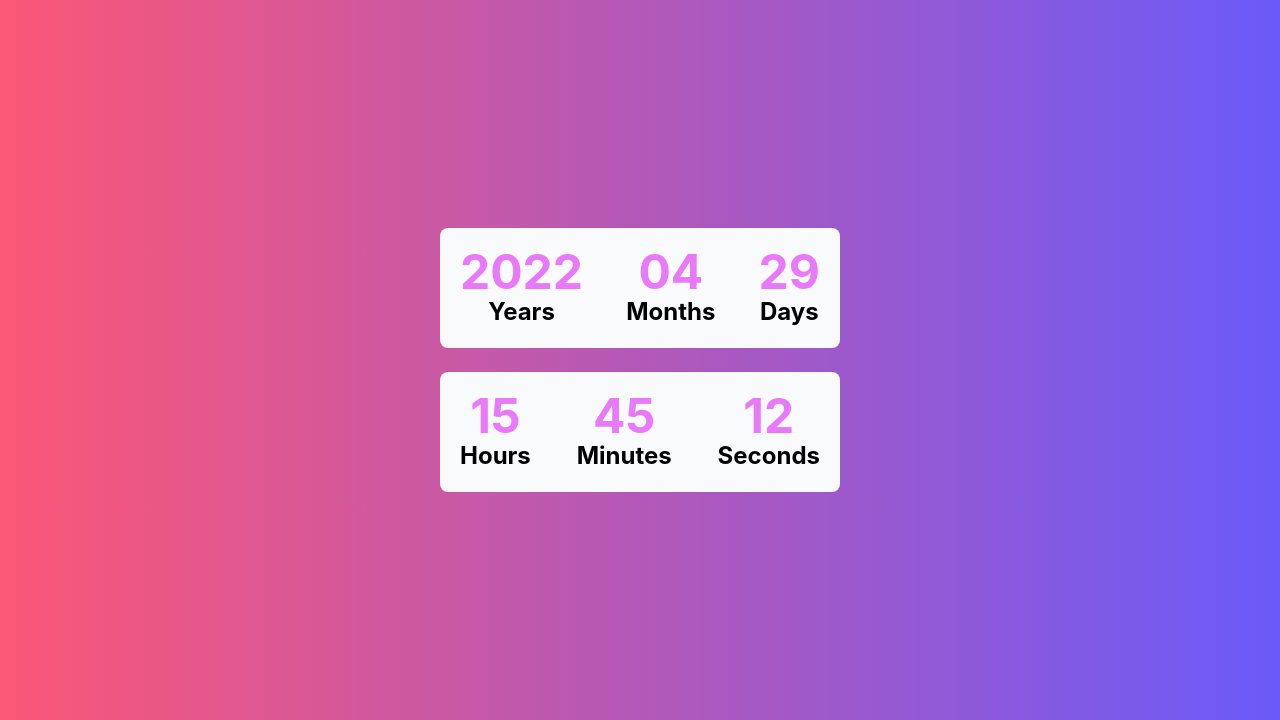
Repository: huynhsang96/bt_codegymHook
Page: /
An editor plug-in stored every save of this project. The page is shown before and after the next save, followed by the edit.
The browser window is 1280 px wide. The pictures show the whole page.
The project was rebuilt for these pictures with package versions that can differ from the ones it lists, and the page was loaded fresh each time.

Above is the page before, as saved 2022-04-29 17:02:13.

### src/index.js
import React from "react";
import ReactDOM from "react-dom/client";
import "./index.css";
import App from "./App";
import reportWebVitals from "./reportWebVitals";

const root = ReactDOM.createRoot(document.getElementById("root"));
root.render(
	<React.StrictMode>
		<App />
	</React.StrictMode>
);

reportWebVitals();

### src/index.css
body {
	margin: 0;
	font-family: -apple-system, BlinkMacSystemFont, "Segoe UI", "Roboto", "Oxygen",
		"Ubuntu", "Cantarell", "Fira Sans", "Droid Sans", "Helvetica Neue",
		sans-serif;
	-webkit-font-smoothing: antialiased;
	-moz-osx-font-smoothing: grayscale;
}

code {
	font-family: source-code-pro, Menlo, Monaco, Consolas, "Courier New",
		monospace;
}
@tailwind base;
@tailwind components;
@tailwind utilities;

### src/App.js
import "./App.css";
import Clock from "./component/ClockHook/Clock";

function App() {
	return (
		<div>
			<Clock></Clock>
		</div>
	);
}

export default App;

### src/App.css
*,
*::before,
*::after {
	box-sizing: border-box;
}
* {
	margin: 0;
}

html,
body {
	height: 100%;
}
body {
	line-height: 1.5;
	-webkit-font-smoothing: antialiased;
	-webkit-tap-highlight-color: rgba(0, 0, 0, 0);

	background-image: linear-gradient(to right, #fc5776, #6a5af9);
	display: flex;
	justify-content: center;
	align-items: center;
	height: 100vh;
}

img,
picture,
video,
canvas,
svg {
	display: block;
	max-width: 100%;
}
input,
button,
textarea,
select {
	font: inherit;
	outline: none;
	border: none;
}
p,
h1,
h2,
h3,
h4,
h5,
h6 {
	overflow-wrap: break-word;
}

### src/component/ClockHook/Clock.js
import React, { useEffect, useState } from "react";
import useClock from "../../Hooks/useClock";

const Clock = () => {
	// const [now, setNow] = useState(new Date());
	// useEffect(() => {
	// 	const timer = setInterval(() => {
	// 		setNow(new Date());
	// 	}, 1000);
	// 	return () => clearInterval(timer);
	// }, [now]);
	// const years = now.getFullYear();
	// const months = now.getMonth() + 1;
	// const days = now.getDate();
	// const hours = now.getHours();
	// const minutes = now.getMinutes();
	// const seconds = now.getSeconds();
	// console.log(seconds < 10 ? "0" + seconds : seconds);

	const { years, months, days, hours, minutes, seconds } = useClock();

	return (
		<div className="p-5 w-full h-full mx-auto">
			<ul className="flex min-w-[400px] flex-row justify-between bg-slate-50 p-5 rounded-lg">
				<GetDataBase data={years} base="Years"></GetDataBase>
				<GetDataBase data={months} base="Months"></GetDataBase>
				<GetDataBase data={days} base="Days"></GetDataBase>
			</ul>
			<br></br>
			<ul className="flex flex-row justify-between bg-slate-50 p-5 rounded-lg">
				<li className="flex flex-col justify-center text-center">
					<span className="font-bold text-5xl text-fuchsia-400">{hours}</span>
					<span className="font-bold text-2xl">Hours</span>
				</li>
				<li className="flex flex-col justify-center text-center">
					<span className="font-bold text-5xl text-fuchsia-400">{minutes}</span>
					<span className="font-bold text-2xl">Minutes</span>
				</li>
				<li className="flex flex-col justify-center text-center">
					<span className="font-bold text-5xl text-fuchsia-400">{seconds}</span>
					<span className="font-bold text-2xl">Seconds</span>
				</li>
			</ul>
		</div>
	);
};

const GetDataBase = (props) => {
	return (
		<li className="flex flex-col justify-center text-center">
			<span className="font-bold text-5xl text-fuchsia-400">{props.data}</span>
			<span className="font-bold text-2xl">{props.base}</span>
		</li>
	);
};

export default Clock;

### src/Hooks/useClock.js
import { useEffect, useState } from "react";

export default function useClock() {
	const [now, setNow] = useState(new Date());
	useEffect(() => {
		const timer = setInterval(() => {
			setNow(new Date());
		}, 1000);
		return () => clearInterval(timer);
	}, [now]);
	const years = now.getFullYear();
	const months = now.getMonth() + 1;
	const days = now.getDate();
	const hours = now.getHours();
	const minutes = now.getMinutes();
	const seconds = now.getSeconds();
	return {
		years,
		months: months < 10 ? "0" + months : months,
		days: days < 10 ? "0" + days : days,
		hours: hours < 10 ? "0" + hours : hours,
		minutes: minutes < 10 ? "0" + minutes : minutes,
		seconds: seconds < 10 ? "0" + seconds : seconds,
	};
}

Loaded but not shown: public/index.html (common file); src/reportWebVitals.js (common file); tailwind.config.js (common file)

After the next save:
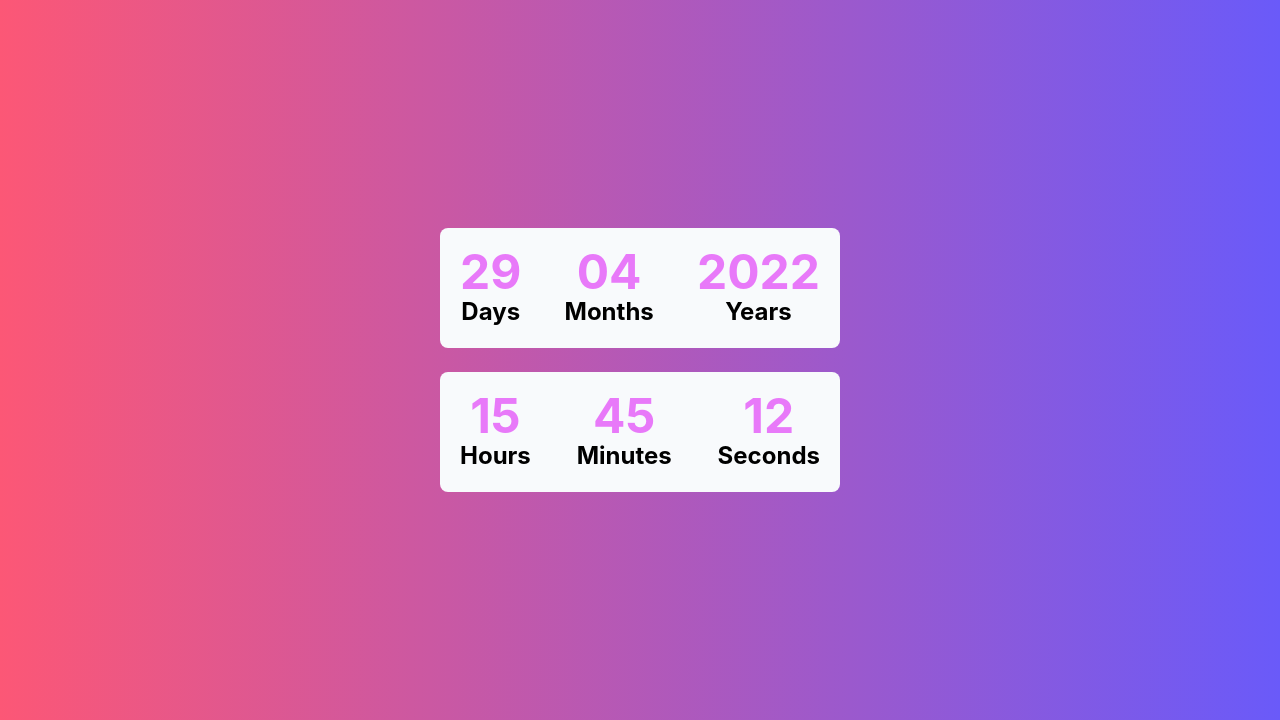
Saved 7 s later.
--- a/src/component/ClockHook/Clock.js
+++ b/src/component/ClockHook/Clock.js
@@ -22,9 +22,9 @@ const Clock = () => {
 	return (
 		<div className="p-5 w-full h-full mx-auto">
 			<ul className="flex min-w-[400px] flex-row justify-between bg-slate-50 p-5 rounded-lg">
+				<GetDataBase data={days} base="Days"></GetDataBase>
+				<GetDataBase data={months} base="Months"></GetDataBase>
 				<GetDataBase data={years} base="Years"></GetDataBase>
-				<GetDataBase data={months} base="Months"></GetDataBase>
-				<GetDataBase data={days} base="Days"></GetDataBase>
 			</ul>
 			<br></br>
 			<ul className="flex flex-row justify-between bg-slate-50 p-5 rounded-lg">
